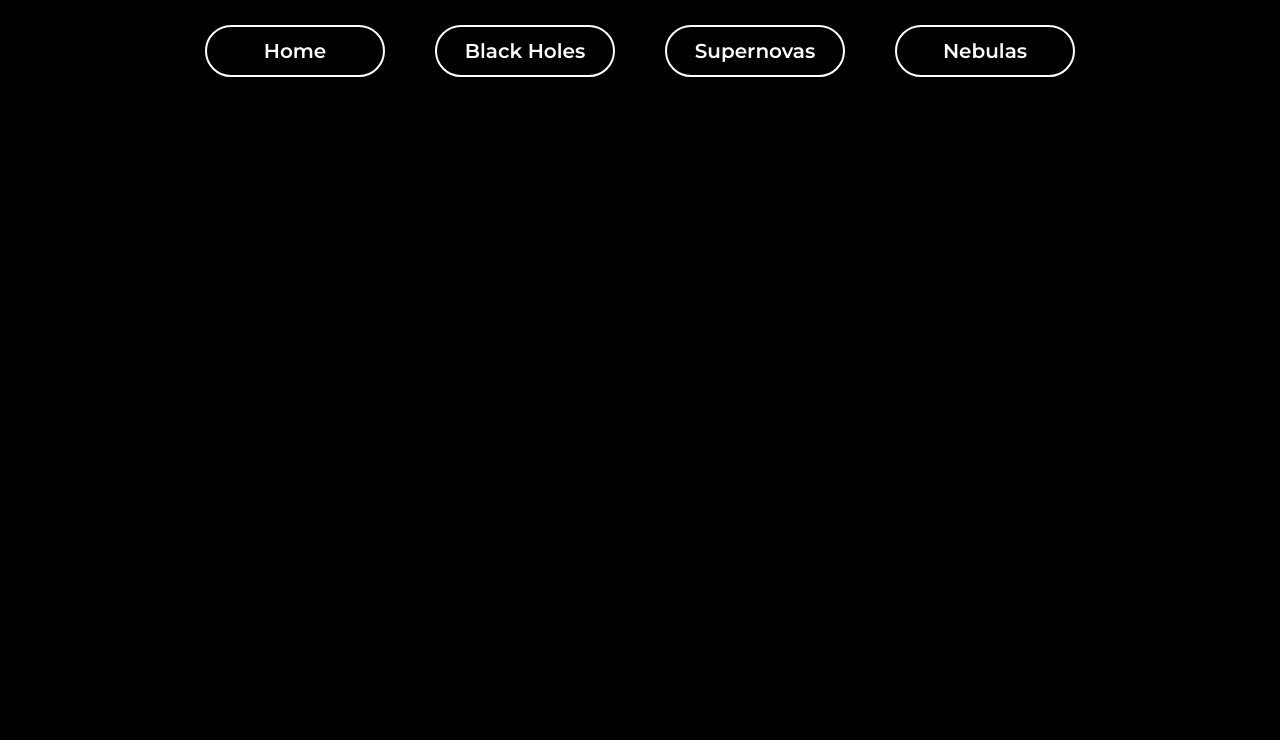
Repository: english-only/Space-Website
Page: black_hole.html
The author's editor kept a copy of each file at every save. The page is drawn from the files as they stood at one save, then again after the next save.
The browser window is 1280 px wide. The pictures show the whole page.
Backgrounds fixed to the window are drawn as part of the page.

Above is the page before, as saved 2024-12-16 00:01:19.

After the next save:
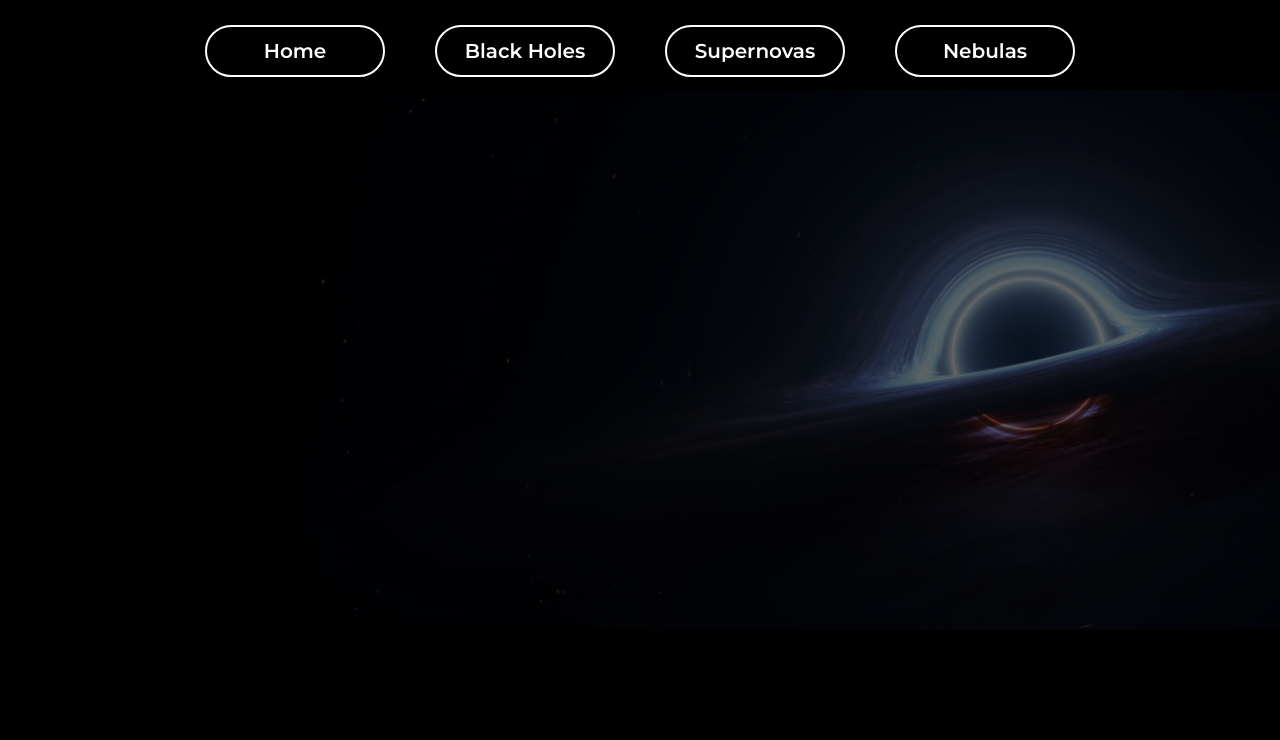
Saved 4 s later.
--- a/main.css
+++ b/main.css
@@ -299,7 +299,7 @@
   background-position:300px;
   background-repeat: no-repeat;
   position: fixed; /* Keep background fixed while scrolling */
-  height: 540vh;
+  height: 100vh;
   width: 100%;
   filter: brightness(40%);
   top: 0;

After the save that followed:
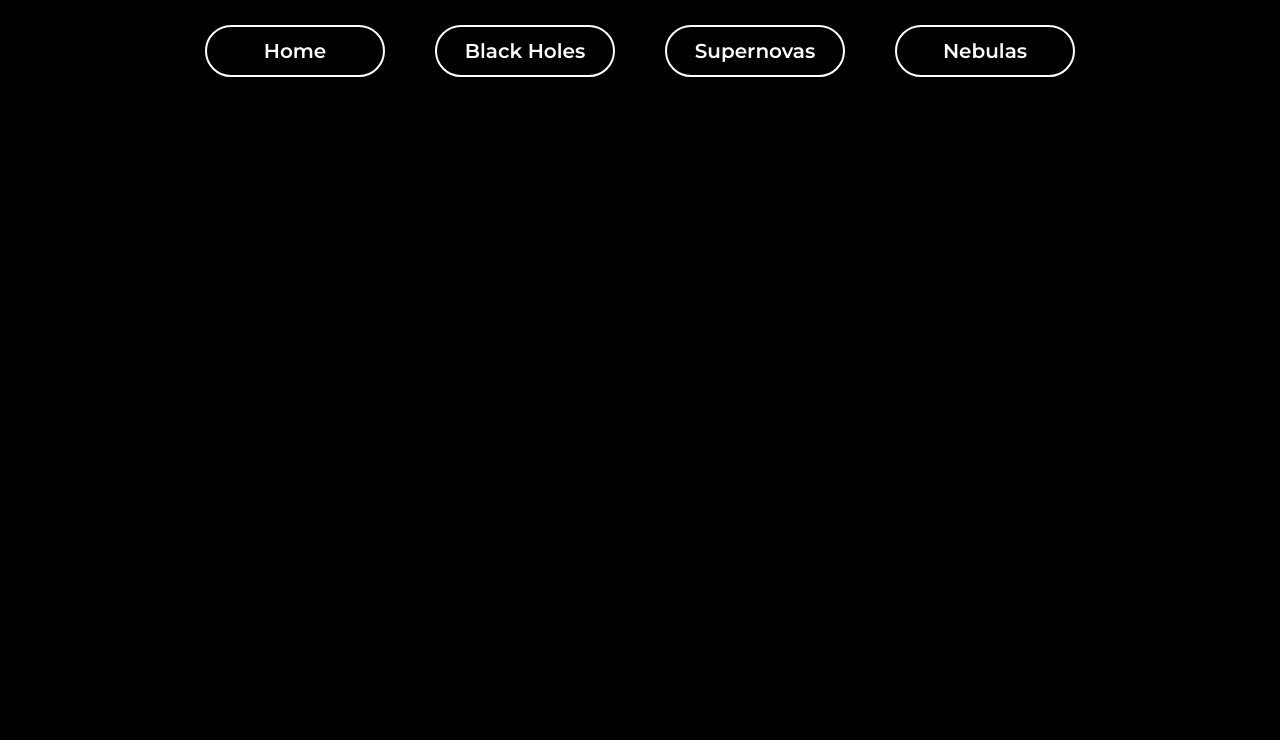
Saved 9 s later.
--- a/main.css
+++ b/main.css
@@ -300,7 +300,7 @@
   background-repeat: no-repeat;
   position: fixed; /* Keep background fixed while scrolling */
   height: 100vh;
-  width: 100%;
+  width: auto;
   filter: brightness(40%);
   top: 0;
   left: 0;
